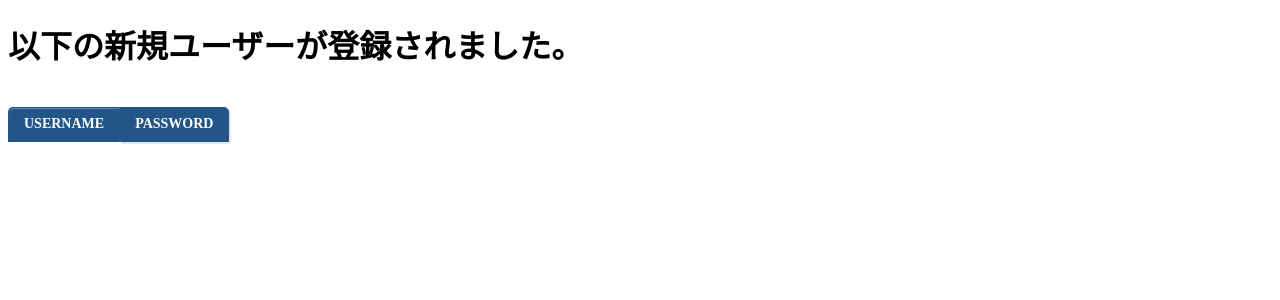
Repository: i-k-26/test
Page: http://localhost/webProj5/test.jsp
These files come from the project's save history. The page is drawn as it stood at one moment and after the next save; the edit follows.
The browser window is 1280 px wide. The pictures show the whole page.
The page is served by Tomcat 9. Other server files are loaded and not shown.

Above is the page before, as saved 2019-08-29 07:14:35.

### webProj5/WebContent/test.jsp
<%@ page language="java" contentType="text/html; charset=UTF-8"
	pageEncoding="UTF-8"%>
<%@ taglib prefix="s" uri="/struts-tags"%>
<!DOCTYPE html>
<html>
<head>
<meta charset="UTF-8">
<link rel="stylesheet" type="text/css" href="./css/style.css">
<title>TEST</title>
</head>
<body>

	<h1>以下の新規ユーザーが登録されました。</h1>
	<br>
	<table>
		<tbody>
			<tr>
				<th>USERNAME</th>
				<th>PASSWORD</th>
			</tr>

			<s:iterator value="loginDTOList">
				<tr>
					<td><s:property value="username" /></td>
					<td><s:property value="password" /></td>
				</tr>
			</s:iterator>
		</tbody>
	</table>

</body>
</html>

### webProj5/WebContent/css/style.css
table {
	width: auto;
	border-spacing: 0;
	font-size: 14px;
}

table th {
	color: #fff;
	padding: 8px 15px;
	background: #258;
	background: -moz-linear-gradient(rgba(34, 85, 136, 0, 7),
		rgba(34, 85, 136, 0, 9) 50%);
	background: -webkit--gradient(linear, 100%, 0%, 100%, 50%, from(rgba(34, 85, 136, 0,
		7)), to(rgba(34, 85, 136, 0, 9)));
	font-weight: bold;
	border-left: 1px solid #258;
	border-top: 1px solid #258;
	border-bottom: 1px solid #258;
	line-height: 120%;
	text-align: center;
	text-shadow: 0 -1px o rgba(34.85 .136 .0 .9);
	box-shadow: 0px 1px 1px rgba(255, 255, 255, 0.3) inset;
}

table th:first-child {
	border-radius: 5px 0 0 0;
}

table th:last-child {
	border-radius: 0 5px 0 0;
	border-right: 1px solid #258;
	box-shadow: 2px 2px 1px rgba(0, 0, 0, 0.1);
}

table tr td {
	padding: 8px 15px;
	border-bottom: 1px solid #84b2e0;
	border-left: 1px solid #84b2e0;
	text-align: center;
}

table tr td:last-child {
	border-right: 1px solid #84b2e0;
	box-shadow: 2px 2px 1px rgba(0, 0, 0, 1);
}

table tr {
	background: #fff;
}

table tr:nth-child(2n+1) {
	background: #f1f6fc;
}

table tr:last-child td {
	box-shadow: 2px 2px 1px rgba(0, 0, 0, 0.1);
}

table tr:last-child td:first-child {
	border-radius: 0 0 0 5px;
}

table tr:last-child td:last-child {
	border-radius: 0 0 5px 0;
}

table tr:hover {
	background: #bba4ee;
	cursor: pointer;
}

After the next save:
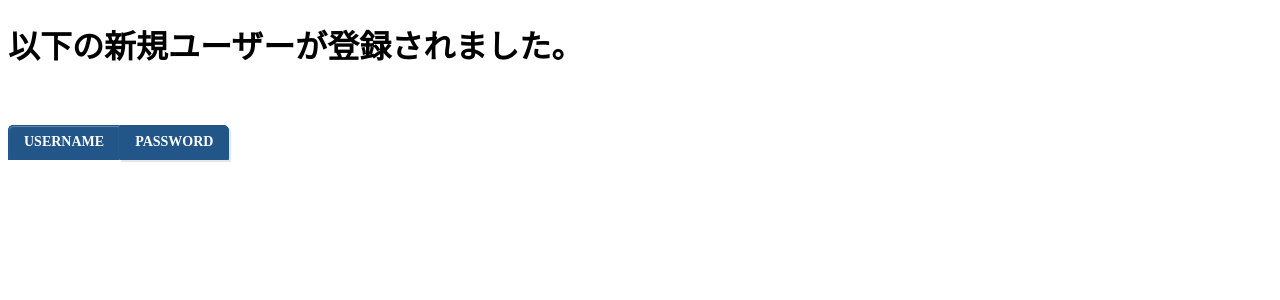
Saved 51 s later.
--- a/webProj5/WebContent/test.jsp
+++ b/webProj5/WebContent/test.jsp
@@ -12,6 +12,7 @@
 
 	<h1>以下の新規ユーザーが登録されました。</h1>
 	<br>
+	<br>
 	<table>
 		<tbody>
 			<tr>
@@ -19,7 +20,7 @@
 				<th>PASSWORD</th>
 			</tr>
 
-			<s:iterator value="loginDTOList">
+			<s:iterator value="#session.loginDTOList">
 				<tr>
 					<td><s:property value="username" /></td>
 					<td><s:property value="password" /></td>
